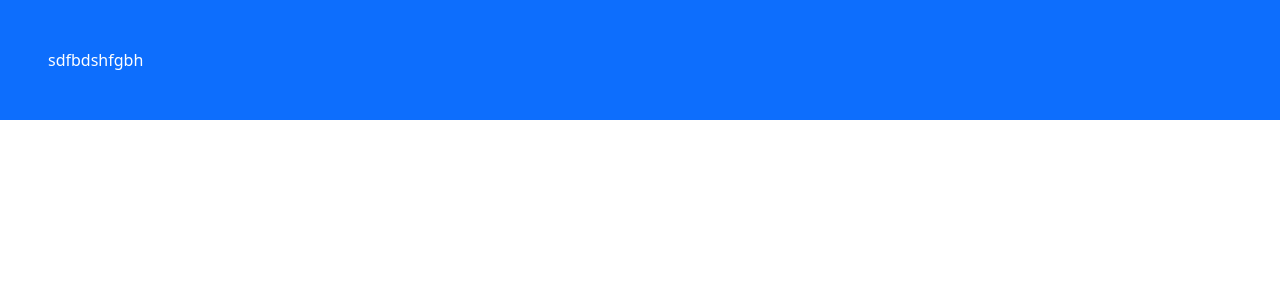
Repository: thanhp6868/ltWeb
Page: 0410/cv/index.html
These files come from the project's save history. The page is drawn as it stood at one moment and after the next save; the edit follows.
The browser window is 1280 px wide. The pictures show the whole page.

Above is the page before, as saved 2023-10-09 21:40:26.

### 0410/cv/index.html
<!DOCTYPE html>
<html lang="en">

<head>
    <meta charset="UTF-8">
    <link href="https://cdn.jsdelivr.net/npm/bootstrap@5.2.3/dist/css/bootstrap.min.css" rel="stylesheet"
        integrity="sha384-rbsA2VBKQhggwzxH7pPCaAqO46MgnOM80zW1RWuH61DGLwZJEdK2Kadq2F9CUG65" crossorigin="anonymous">
    <meta name="viewport" content="width=device-width, initial-scale=1.0">
    <title>Document</title>
</head>

<body>
    <div class="container-fluid p-5 bg-primary text-white text-center h-2" >
        <div class="row">
            <div class="col-1">
                sdfbdshfgbh
            </div>

        </div>
    </div>
</body>

</html>

After the next save:
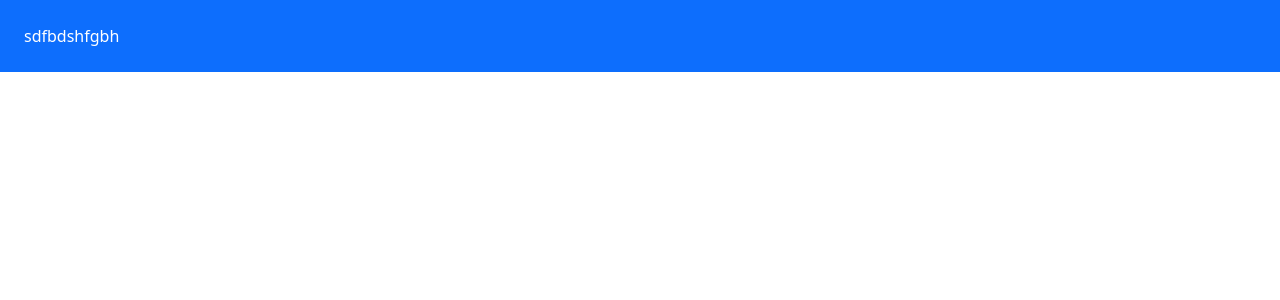
Saved 8 s later.
--- a/0410/cv/index.html
+++ b/0410/cv/index.html
@@ -10,7 +10,7 @@
 </head>
 
 <body>
-    <div class="container-fluid p-5 bg-primary text-white text-center h-2" >
+    <div class="container-fluid p-4 bg-primary text-white text-center h-2" >
         <div class="row">
             <div class="col-1">
                 sdfbdshfgbh

After the save that followed:
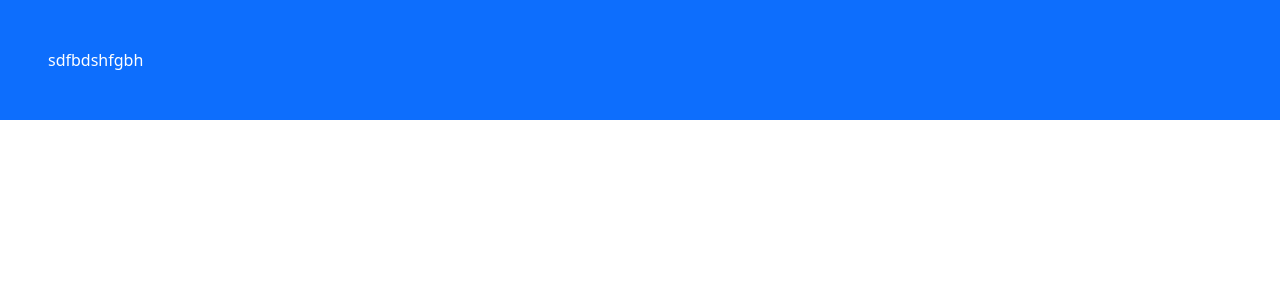
Saved 5 s later.
--- a/0410/cv/index.html
+++ b/0410/cv/index.html
@@ -10,7 +10,7 @@
 </head>
 
 <body>
-    <div class="container-fluid p-4 bg-primary text-white text-center h-2" >
+    <div class="container-fluid p-5 bg-primary text-white text-center h-2" >
         <div class="row">
             <div class="col-1">
                 sdfbdshfgbh
